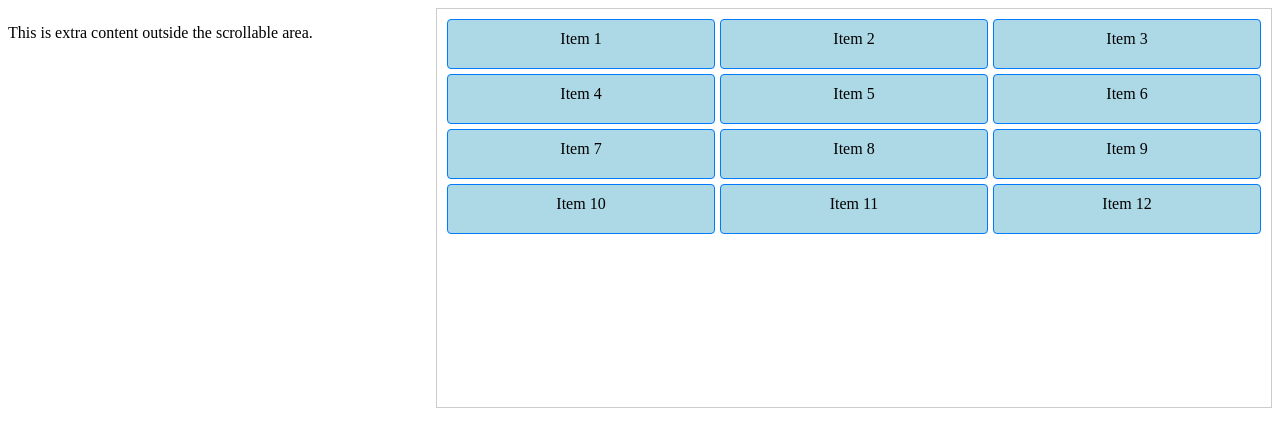
Repository: notgudmewhathuh12122334354556/GroceryInventory
Page: grid.html
These files come from the project's save history. The page is drawn as it stood at one moment and after the next save; the edit follows.
The browser window is 1280 px wide. The pictures show the whole page.

Above is the page before, as saved 2024-11-19 22:42:22.

### grid.html
<!DOCTYPE html>
<html lang="en">
<head>
  <meta charset="UTF-8">
  <meta name="viewport" content="width=device-width, initial-scale=1.0">
  <title>Scrollable Grid Inside Div</title>
  <style>
    /* Outer Container */
    .container {
      display: grid;
      grid-template-columns: 1fr 2fr; /* Two-column layout */
      gap: 10px;
      height: 400px; /* Set height for demonstration */
    }

    /* Scrollable Div */
    .scrollable {
      overflow-y: auto; /* Enables vertical scrolling */
      max-height: 100%; /* Restrict height */
      padding: 10px;
      border: 1px solid #ccc;
    }

    /* Grid Inside Scrollable Div */
    .scrollable-grid {
      display: grid;
      grid-template-columns: repeat(3, 1fr); /* Three columns */
      grid-auto-rows: minmax(50px, auto); /* Dynamic rows */
      gap: 5px;
    }

    /* Grid Items */
    .grid-item {
      background-color: lightblue;
      text-align: center;
      padding: 10px;
      border: 1px solid #007BFF;
      border-radius: 4px;
    }
  </style>
</head>
<body>
  <div class="container">
    <!-- Sidebar or Extra Content -->
    <div class="extra-content">
      <p>This is extra content outside the scrollable area.</p>
    </div>

    <!-- Scrollable Grid Container -->
    <div class="scrollable">
      <div class="scrollable-grid">
        <div class="grid-item">Item 1</div>
        <div class="grid-item">Item 2</div>
        <div class="grid-item">Item 3</div>
        <div class="grid-item">Item 4</div>
        <div class="grid-item">Item 5</div>
        <div class="grid-item">Item 6</div>
        <div class="grid-item">Item 7</div>
        <div class="grid-item">Item 8</div>
        <div class="grid-item">Item 9</div>
        <div class="grid-item">Item 10</div>
        <div class="grid-item">Item 11</div>
        <div class="grid-item">Item 12</div>
      </div>
    </div>
  </div>
</body>
</html>

After the next save:
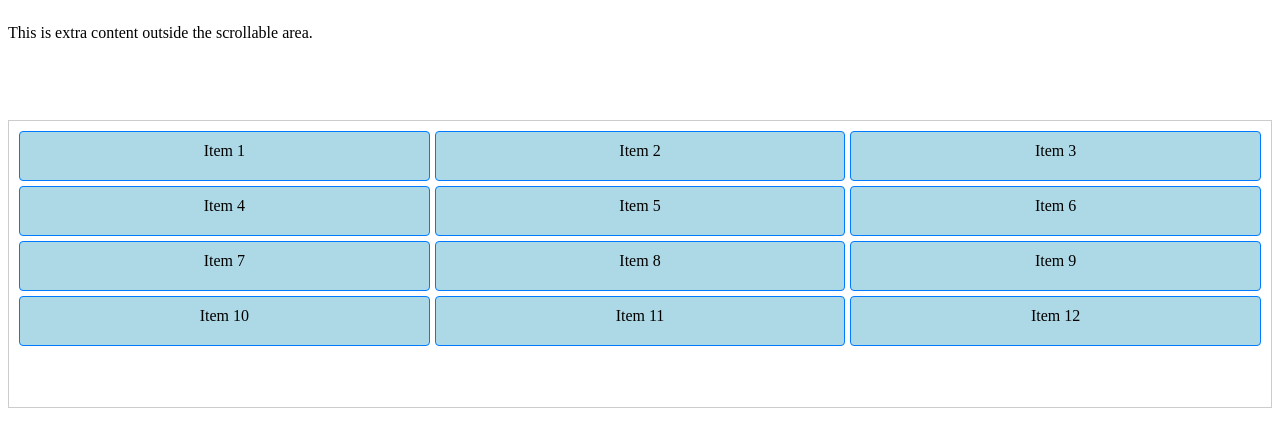
Saved 55 s later.
--- a/grid.html
+++ b/grid.html
@@ -8,7 +8,7 @@
     /* Outer Container */
     .container {
       display: grid;
-      grid-template-columns: 1fr 2fr; /* Two-column layout */
+/* Two-column layout */
       gap: 10px;
       height: 400px; /* Set height for demonstration */
     }
